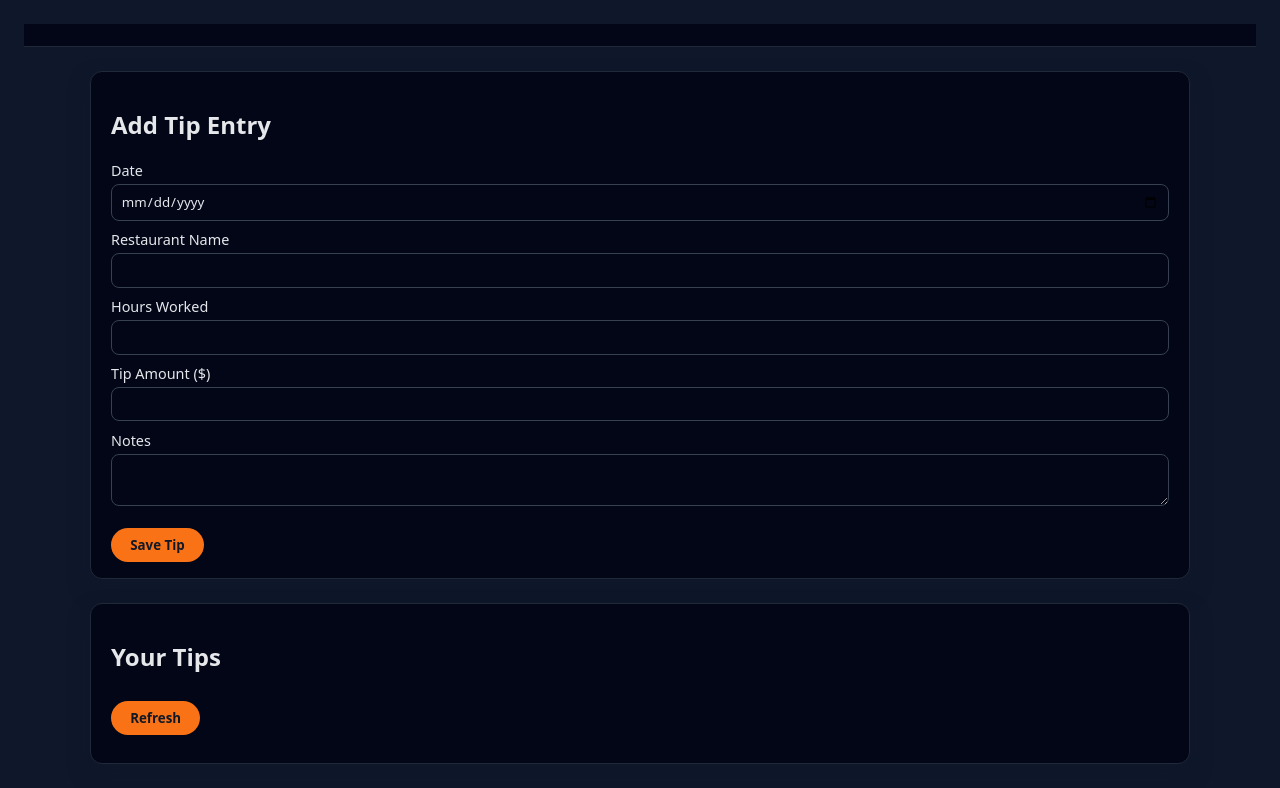
Repository: rozhinasaberi/tip-tracker
Page: frontend/tips.html
An editor plug-in stored every save of this project. The page is shown before and after a run of saves, followed by the edit.
The browser window is 1280 px wide. The pictures show the whole page.

Above is the page before, as saved 2025-12-01 16:09:10.
Console error: TypeError: Cannot read properties of null (reading 'addEventListener')

After the next 2 saves:
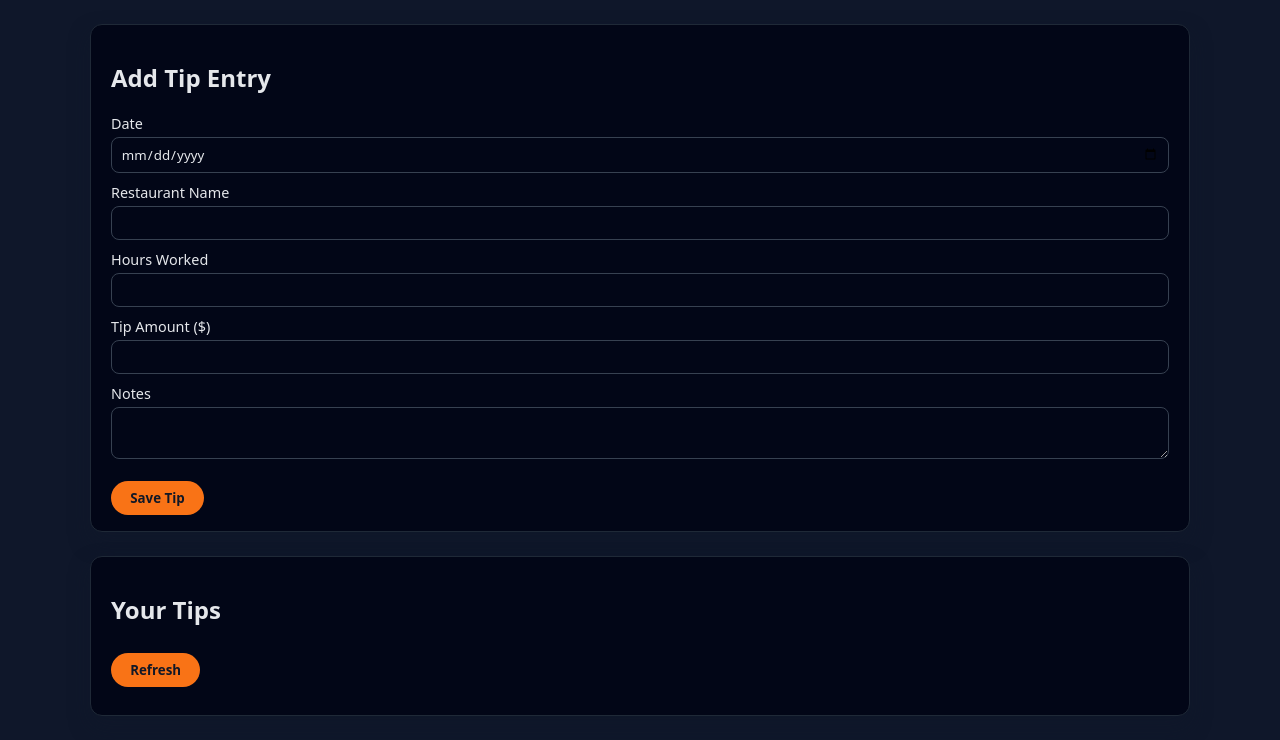
The 2 saves are shown as one change because they came seconds apart.
The last was saved 7 s later.
--- a/frontend/styles.css
+++ b/frontend/styles.css
@@ -166,48 +166,3 @@
   padding: 0.75rem;
   font-size: 0.8rem;
 }
-/* NAVBAR */
-nav {
-  background: #020617;
-  border-bottom: 1px solid #1f2937;
-  padding: 0.7rem 1.2rem;
-  margin-bottom: 1.5rem;
-}
-
-.nav-container {
-  display: flex;
-  justify-content: space-between;
-  align-items: center;
-}
-
-.nav-logo {
-  font-weight: 700;
-  font-size: 1.2rem;
-  color: #f97316;
-  text-decoration: none;
-}
-
-.nav-links {
-  display: flex;
-  gap: 1rem;
-  align-items: center;
-}
-
-.nav-link {
-  color: #e5e7eb;
-  text-decoration: none;
-}
-
-.nav-link:hover {
-  color: #f97316;
-}
-
-.active {
-  color: #f97316 !important;
-}
-
-.nav-user {
-  color: #9ca3af;
-  font-size: 0.9rem;
-  margin-left: 0.5rem;
-}
